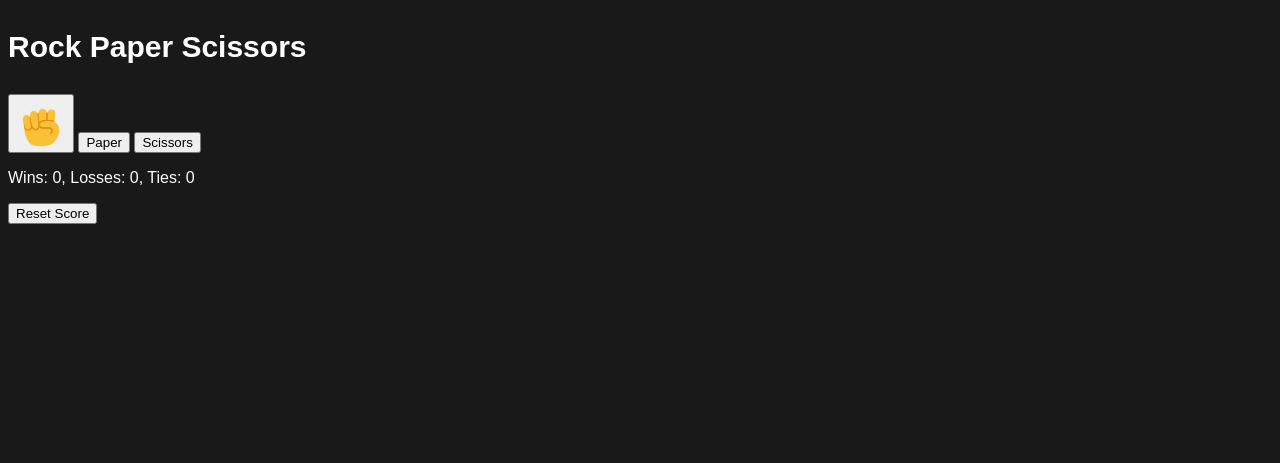
Repository: Samkiroko/Javascript-course
Page: 10-rock-paper-scissior.html
The author's editor kept a copy of each file at every save. The page is drawn from the files as they stood at one save, then again after the next save.
The browser window is 1280 px wide. The pictures show the whole page.

Above is the page before, as saved 2023-08-28 11:20:16.

### 10-rock-paper-scissior.html
<!DOCTYPE html>
<html>
  <head>
    <title>Rock Paper Scissors</title>
    <style>
      body {
        background-color: #191919;
        color: white;
        font-family: sans-serif;
      }
      .title {
        font-size: 30px;
        font-weight: bold;
      }
      .move-icon {
        height: 50px;
        border-radius: 50%;
      }
    </style>
  </head>
  <body>
    <p class="title">Rock Paper Scissors</p>
    <button
      onclick="
      playGame('rock');
    "
    >
      <img src="/img/rock-emoji.png" alt="Rock" srcset="" class="move-icon" />
    </button>

    <button
      onclick="
      playGame('paper');
    "
    >
      Paper
    </button>

    <button
      onclick="
      playGame('scissors');
    "
    >
      Scissors
    </button>
    <p class="js-result"></p>
    <p class="js-moves"></p>
    <p class="js-score"></p>

    <button
      onclick="
      score.wins = 0;
      score.losses = 0;
      score.ties = 0;
      localStorage.removeItem('score');
      updateScoreElement();
    "
    >
      Reset Score
    </button>

    <script>
      let score = JSON.parse(localStorage.getItem('score')) || {
        wins: 0,
        losses: 0,
        ties: 0,
      };

      updateScoreElement();

      /*
      if (!score) {
        score = {
          wins: 0,
          losses: 0,
          ties: 0
        };
      }
      */

      function playGame(playerMove) {
        const computerMove = pickComputerMove();

        let result = '';

        if (playerMove === 'scissors') {
          if (computerMove === 'rock') {
            result = 'You lose.';
          } else if (computerMove === 'paper') {
            result = 'You win.';
          } else if (computerMove === 'scissors') {
            result = 'Tie.';
          }
        } else if (playerMove === 'paper') {
          if (computerMove === 'rock') {
            result = 'You win.';
          } else if (computerMove === 'paper') {
            result = 'Tie.';
          } else if (computerMove === 'scissors') {
            result = 'You lose.';
          }
        } else if (playerMove === 'rock') {
          if (computerMove === 'rock') {
            result = 'Tie.';
          } else if (computerMove === 'paper') {
            result = 'You lose.';
          } else if (computerMove === 'scissors') {
            result = 'You win.';
          }
        }

        if (result === 'You win.') {
          score.wins += 1;
        } else if (result === 'You lose.') {
          score.losses += 1;
        } else if (result === 'Tie.') {
          score.ties += 1;
        }

        localStorage.setItem('score', JSON.stringify(score));

        updateScoreElement();

        document.querySelector('.js-result').innerHTML = result;
        document.querySelector(
          '.js-moves'
        ).innerHTML = `You picked ${playerMove} - Computer picked ${computerMove}.`;
      }

      function updateScoreElement() {
        document.querySelector(
          '.js-score'
        ).innerHTML = `Wins: ${score.wins}, Losses: ${score.losses}, Ties: ${score.ties}`;
      }

      function pickComputerMove() {
        const randomNumber = Math.random();

        let computerMove = '';

        if (randomNumber >= 0 && randomNumber < 1 / 3) {
          computerMove = 'rock';
        } else if (randomNumber >= 1 / 3 && randomNumber < 2 / 3) {
          computerMove = 'paper';
        } else if (randomNumber >= 2 / 3 && randomNumber < 1) {
          computerMove = 'scissors';
        }

        return computerMove;
      }
    </script>
  </body>
</html>

After the next save:
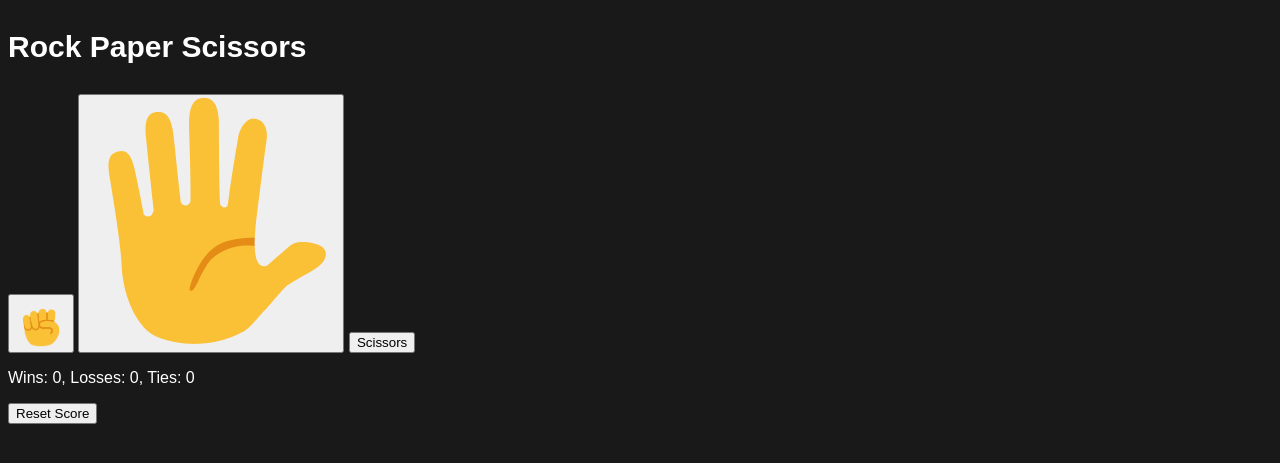
Saved 71 s later.
--- a/10-rock-paper-scissior.html
+++ b/10-rock-paper-scissior.html
@@ -14,7 +14,6 @@
       }
       .move-icon {
         height: 50px;
-        border-radius: 50%;
       }
     </style>
   </head>
@@ -33,7 +32,7 @@
       playGame('paper');
     "
     >
-      Paper
+      <img src="/img/paper-emoji.png" alt="paper" />
     </button>
 
     <button

After the save that followed:
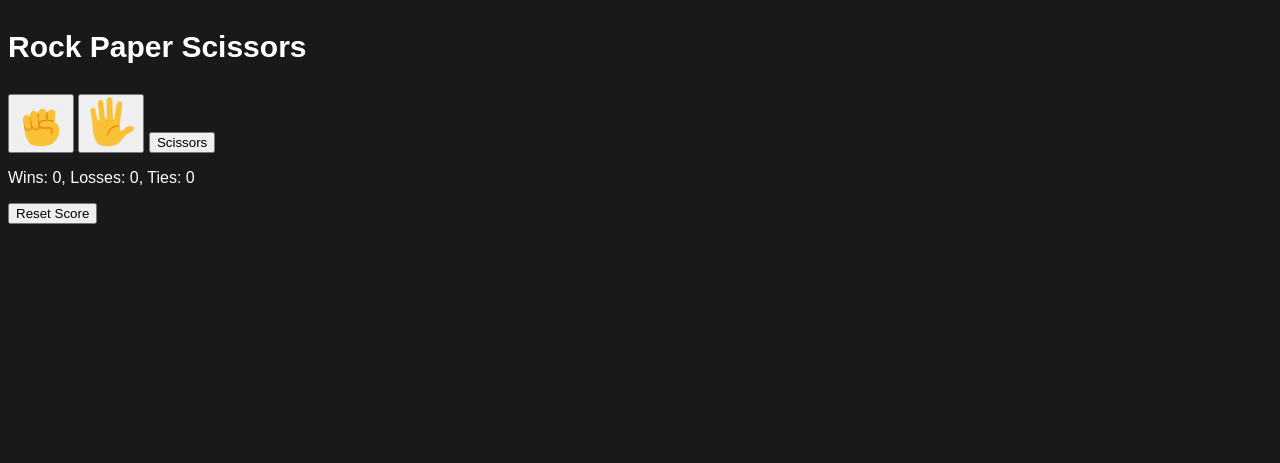
Saved 12 s later.
--- a/10-rock-paper-scissior.html
+++ b/10-rock-paper-scissior.html
@@ -32,7 +32,7 @@
       playGame('paper');
     "
     >
-      <img src="/img/paper-emoji.png" alt="paper" />
+      <img src="/img/paper-emoji.png" alt="paper" class="move-icon" />
     </button>
 
     <button
